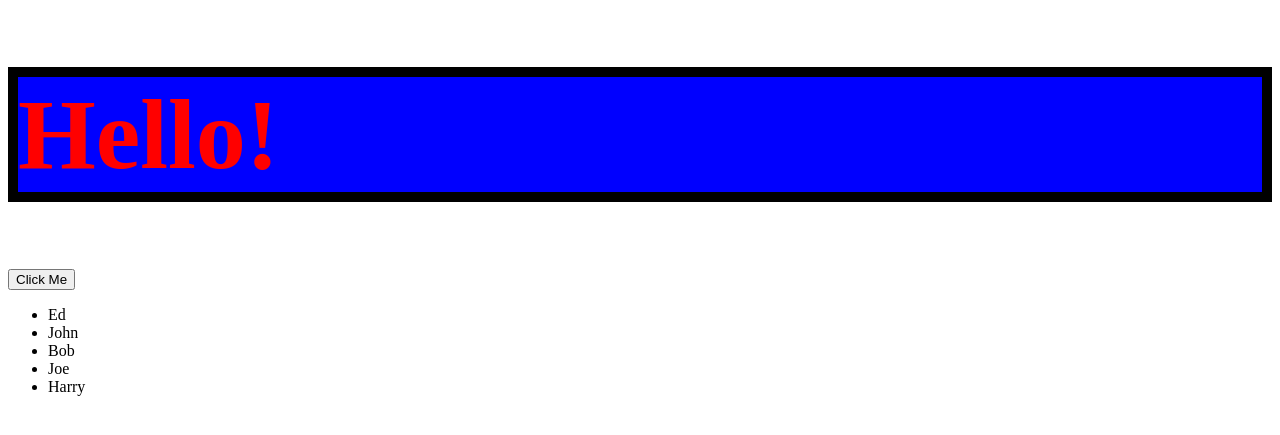
Repository: jnguyen113/DOM-Manipulation
Page: index.html
The author's editor kept a copy of each file at every save. The page is drawn from the files as they stood at one save, then again after a run of saves.
The browser window is 1280 px wide. The pictures show the whole page.

Above is the page before, as saved 2020-06-12 10:57:26.

### index.html
<!DOCTYPE html>
<html>
<link rel="stylesheet" href="style.css">
<body>
    <h1 class="title">Hello!</h1>
    <button class = "changeColor">Click Me</button>

    <ul class="name-list">
        <li>Ed</li>
        <li>John</li>
        <li>Bob</li>
        <li>Joe</li>
        <li>Harry</li>

    </ul>
</body>
<script src="main.js"></script>

</html>

### style.css
.change{
    color: lightblue;
    font-size: 100px;
    border: 10px solid black;

}

### main.js
const text = document.querySelector('.title');
const changeColor = document.querySelector('.changeColor');
changeColor.addEventListener('click', function(){
    text.classList.toggle("change");
})

text.style.color = 'red';
text.style.backgroundColor = 'blue';
text.classList.add("change");

After the next 4 saves:
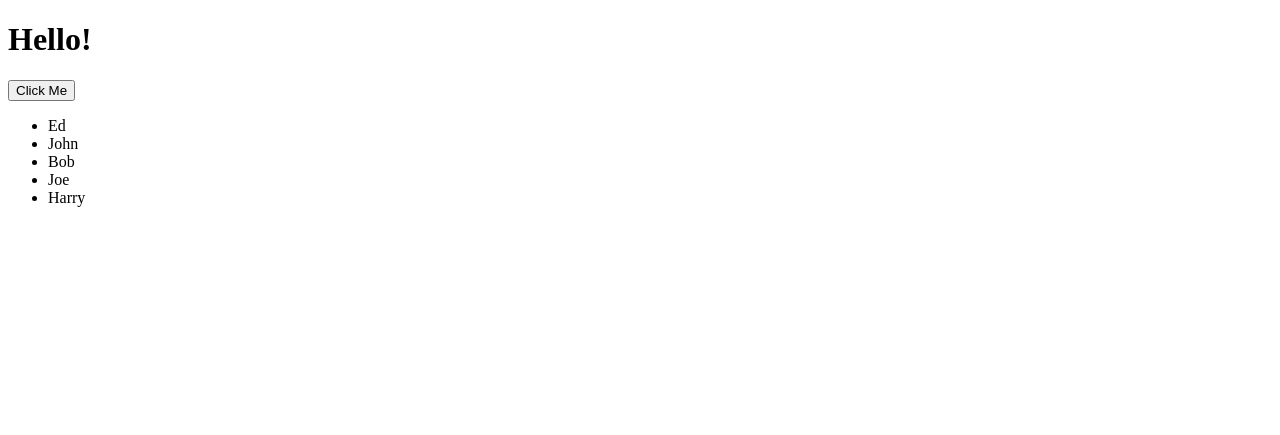
Console error (its wording comes from the project's code and is left out).
The 4 saves are shown as one change because they came seconds apart.
The last was saved 27 s later.
--- a/main.js
+++ b/main.js
@@ -3,7 +3,7 @@
 changeColor.addEventListener('click', function(){
     text.classList.toggle("change");
 })
-
+const userList = document.querySelectorAll()
 text.style.color = 'red';
 text.style.backgroundColor = 'blue';
 text.classList.add("change");

After the 3 saves that followed:
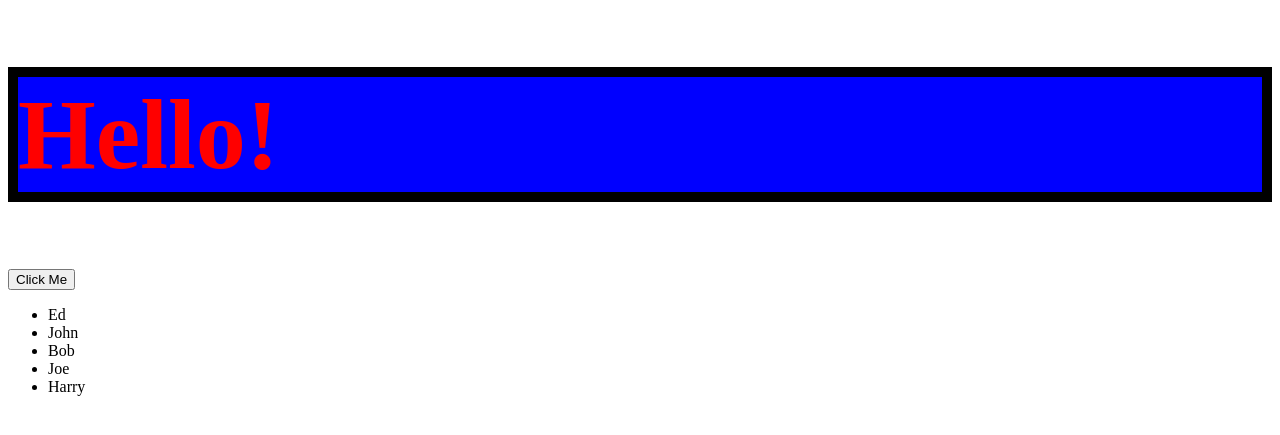
The error is gone.
The 3 saves are shown as one change because they came seconds apart.
The last was saved 10 s later.
--- a/main.js
+++ b/main.js
@@ -3,7 +3,7 @@
 changeColor.addEventListener('click', function(){
     text.classList.toggle("change");
 })
-const userList = document.querySelectorAll()
+const userList = document.querySelectorAll('.name-list')
 text.style.color = 'red';
 text.style.backgroundColor = 'blue';
 text.classList.add("change");
